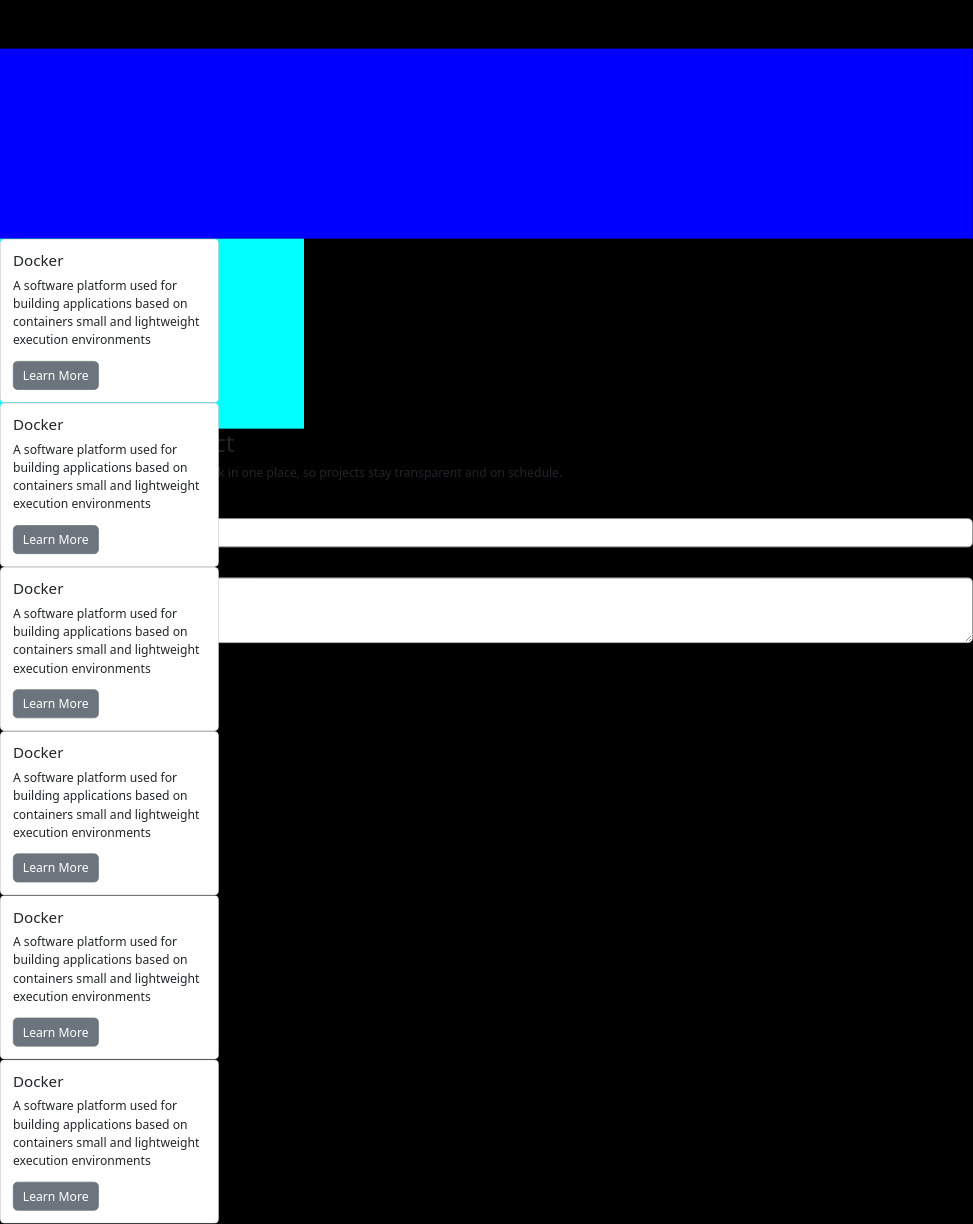
Repository: NSS-Evening-25-Cohort/e25-gitsub-control-alt-defeat
Page: index.html
The author's editor kept a copy of each file at every save. The page is drawn from the files as they stood at one save, then again after a run of saves.
The browser window is 1280 px wide. The pictures show the whole page, at 76% of full size.

Above is the page before, as saved 2023-11-07 19:20:02.

### index.html
<!DOCTYPE html>
<html lang="en">
  <head>
    <meta charset="UTF-8" />
    <meta name="viewport" content="width=device-width, initial-scale=1.0" />
    <link
      rel="stylesheet"
      href="https://cdn.jsdelivr.net/npm/bootstrap@5.3.2/dist/css/bootstrap.min.css"
    />
    <link rel="stylesheet" href="main.css" />
    <title>Document</title>
  </head>
  <body>
    <div id="app2"></div>
    <div id="app1"></div>
    <script src="	https://cdn.jsdelivr.net/npm/bootstrap@5.3.2/dist/js/bootstrap.bundle.min.js"></script>
    <div class="packageHeader"><h2>Create a new project</h2>
      <p>Coordinate,track,and update your work in one place, so projects stay transparent and on schedule.</p>
    </div>

    <form>
        <div class="mb-3">
        <label for="exampleInputEmail1" class="form-label" id="boardName">Project board name</label>
        <input type="text" class="form-control" class="packageForm" id="projectBoardName" aria-describedby="emailHelp">
      </div>
      <div class="form-group mb-3">
        <label for="exampleFormControlTextarea1" id="descriptionName" class="packageForm"><B>Description</B>(Optional)</label>
        <textarea class="form-control" id="projectDescription" rows="3"></textarea>
      </div>
      </div>
      <div class="mb-3 form-check">
        <button type="submit" class="btn btn-success">Success</button>
    </form>

    <script src="main.js"></script>

  </body>
</html>

### main.css
body {
  background-color: black;
  display: flex;
  flex-direction: column;
}

.headerPlacement {
  display: flex;
  justify-content: end;
}

header {
  margin: 3%;
  height: 3rem;
  width: 65%;
  justify-content: left;
  display: flex;
  gap: 5%;
  background-color: blue;
}

#sidebar {
  background-color: blueviolet;
  float: left;
  margin-right: 8%;
  width: 175px;
}

.appContainer {
  display: flex;
  justify-content: center;
  margin: 3%;
}

#app1 {
  background-color: aqua;
  height: 250px;
  width: 400px;
}

#app2 {
  margin-top: 5%;
  background-color: blue;
  height: 250px;
}

.footer {
  background-color: aquamarine;
  display: flex;
  justify-content: center;
  gap: 10%;
}

.footer img {
  width: 10px;
  height: 10px;
  border-radius: 10px;
  margin-right: 10px;
}
/* #app2 {
  display: flex;
  flex-wrap: wrap;
} */

### main.js
const packageCards =[
  {
    id: 1,
    name: "Docker",
    info: "A software platform used for building applications based on containers small and lightweight execution environments",
  },
  {
    id: 2,
    name: "Docker",
    info: "A software platform used for building applications based on containers small and lightweight execution environments"
  },
  {
    id: 3,
    name: "Docker",
    info: "A software platform used for building applications based on containers small and lightweight execution environments"
  },
  {
    id: 4,
    img: "image",
    name: "Docker",
    info: "A software platform used for building applications based on containers small and lightweight execution environments"
  },
  {
    id: 5,
    imageURL: "https://www.google.com/url?sa=i&url=https%3A%2F%2Fwww.creativebloq.com%2Fnews%2Ftwitter-logo-history&psig=AOvVaw3y8LYKl_CxiwL2W_oTsGUa&ust=1699413723681000&source=images&cd=vfe&ved=0CBEQjRxqFwoTCKD7mcz3sIIDFQAAAAAdAAAAABAE",
    name: "Docker",
    info: "A software platform used for building applications based on containers small and lightweight execution environments"
  },
  {
    id: 6,
    name: "Docker",
    info: "A software platform used for building applications based on containers small and lightweight execution environments"
  },
];

const app1 = document.querySelector("#app1");
const app2 = document.querySelector("#app2");

const renderToDom = (packageCards) =>{

  let domString = "";

  for(let card of packageCards){
    domString += `<div class="card" style="width: 18rem;">
    <div class="card-body">
      <h5>${card.name}</h5>
      <p class="card-text">${card.info}</p>
      <button type="button" class="btn btn-secondary">Learn More</button>
    </div>
  </div>`
  }
  const app1 = document.querySelector("#app1")
  app1.innerHTML = domString
}
renderToDom(packageCards)


const form = document.querySelector("form");

const createPackage = (event) =>{
  event.preventDefault();

  const newPackage = {
    id: packageCards.length +1,
    name: document.querySelector("#projectBoardName").value,
    info: document.querySelector("#projectDescription").value,
  }
  packageCards.push(newPackage);
  renderToDom(packageCards);
  form.reset();
}
form.addEventListener("submit", createPackage)

After the next 2 saves:
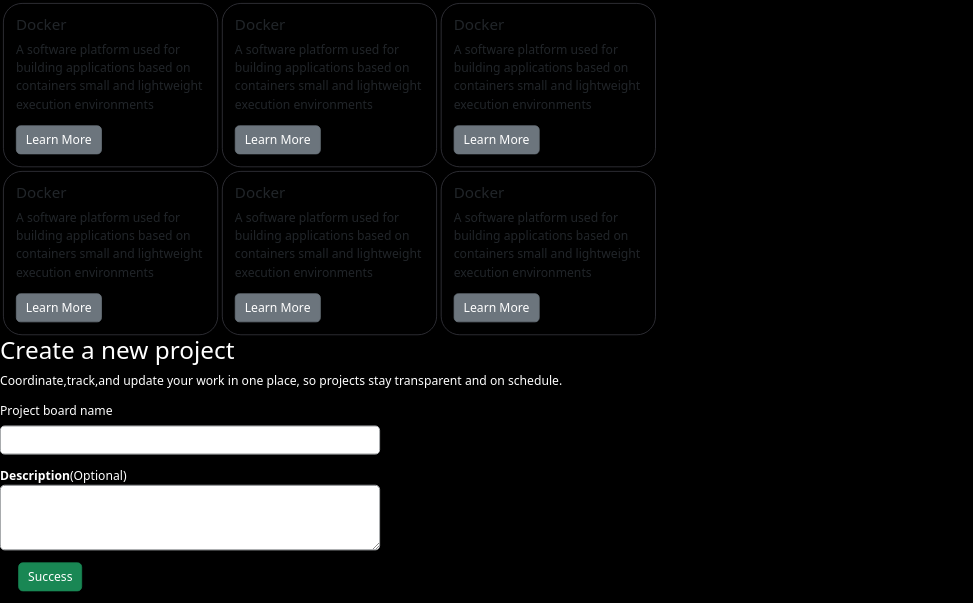
The 2 saves are shown as one change because they came seconds apart.
The last was saved 12 s later.
--- a/main.css
+++ b/main.css
@@ -1,63 +1,30 @@
 body {
   background-color: black;
-  display: flex;
-  flex-direction: column;
 }
 
-.headerPlacement {
+#app1{
+  flex-wrap: wrap;
   display: flex;
-  justify-content: end;
+  width: 900px;
 }
 
-header {
-  margin: 3%;
-  height: 3rem;
-  width: 65%;
-  justify-content: left;
-  display: flex;
-  gap: 5%;
-  background-color: blue;
+.mb-3{
+  width:500px;
+  color: white;
 }
 
-#sidebar {
-  background-color: blueviolet;
-  float: left;
-  margin-right: 8%;
-  width: 175px;
+.packageHeader{
+  color:white;
 }
 
-.appContainer {
-  display: flex;
-  justify-content: center;
-  margin: 3%;
+.card-body{
+  border: solid rgb(58, 58, 65) 1px;
+  border-radius: 25px;
+  background-color:black;
 }
 
-#app1 {
-  background-color: aqua;
-  height: 250px;
-  width: 400px;
+.card{
+  background-color:black;
+  padding-left: 3px;
+  padding-top: 3px;
 }
-
-#app2 {
-  margin-top: 5%;
-  background-color: blue;
-  height: 250px;
-}
-
-.footer {
-  background-color: aquamarine;
-  display: flex;
-  justify-content: center;
-  gap: 10%;
-}
-
-.footer img {
-  width: 10px;
-  height: 10px;
-  border-radius: 10px;
-  margin-right: 10px;
-}
-/* #app2 {
-  display: flex;
-  flex-wrap: wrap;
-} */

After the 3 saves that followed:
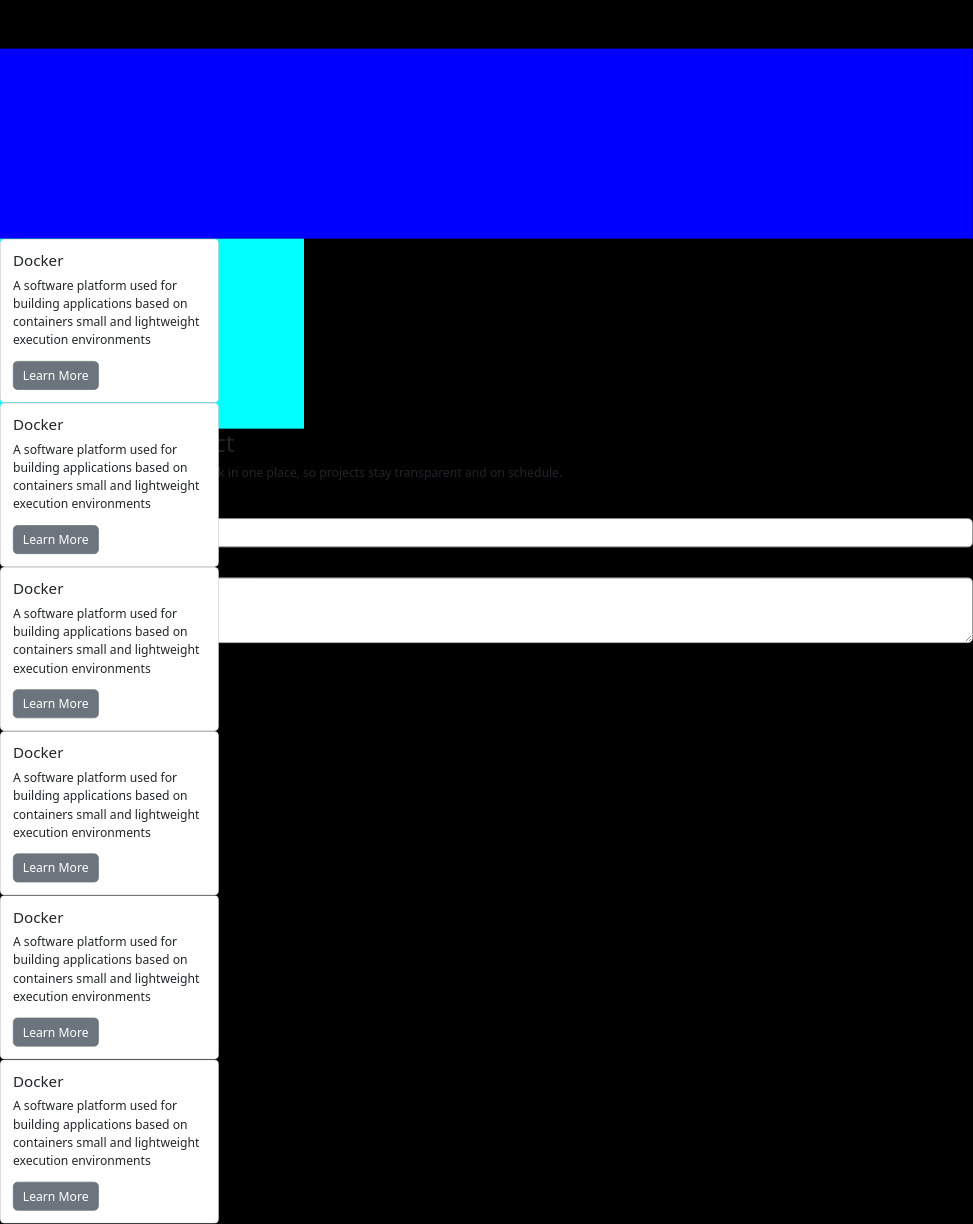
The 3 saves are shown as one change because they came seconds apart.
The last was saved 14 s later.
--- a/main.css
+++ b/main.css
@@ -1,30 +1,63 @@
 body {
   background-color: black;
+  display: flex;
+  flex-direction: column;
 }
 
-#app1{
-  flex-wrap: wrap;
+.headerPlacement {
   display: flex;
-  width: 900px;
+  justify-content: end;
 }
 
-.mb-3{
-  width:500px;
-  color: white;
+header {
+  margin: 3%;
+  height: 3rem;
+  width: 65%;
+  justify-content: left;
+  display: flex;
+  gap: 5%;
+  background-color: blue;
 }
 
-.packageHeader{
-  color:white;
+#sidebar {
+  background-color: blueviolet;
+  float: left;
+  margin-right: 8%;
+  width: 175px;
 }
 
-.card-body{
-  border: solid rgb(58, 58, 65) 1px;
-  border-radius: 25px;
-  background-color:black;
+.appContainer {
+  display: flex;
+  justify-content: center;
+  margin: 3%;
 }
 
-.card{
-  background-color:black;
-  padding-left: 3px;
-  padding-top: 3px;
+#app1 {
+  background-color: aqua;
+  height: 250px;
+  width: 400px;
 }
+
+#app2 {
+  margin-top: 5%;
+  background-color: blue;
+  height: 250px;
+}
+
+.footer {
+  background-color: aquamarine;
+  display: flex;
+  justify-content: center;
+  gap: 10%;
+}
+
+.footer img {
+  width: 10px;
+  height: 10px;
+  border-radius: 10px;
+  margin-right: 10px;
+}
+#app2 {
+  display: flex;
+  flex-wrap: wrap;
+}
